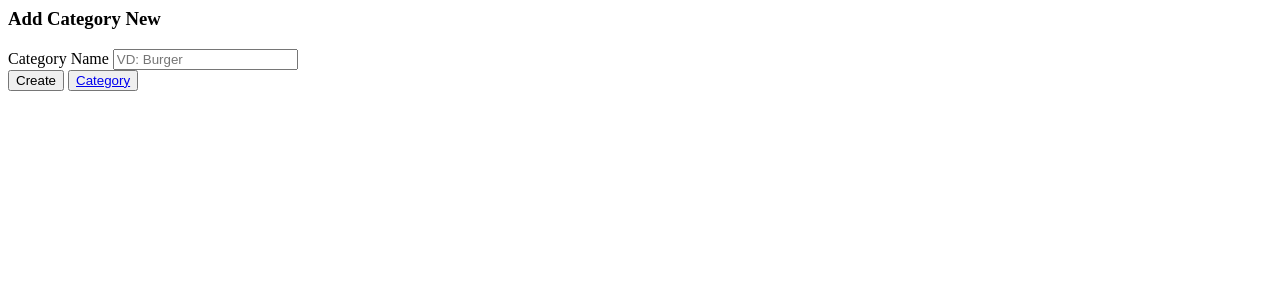
Repository: QunDev/du_an
Page: http://localhost/admin/categories/createCategory.php
An editor plug-in stored every save of this project. The page is shown before and after the next save, followed by the edit.
The browser window is 1280 px wide. The pictures show the whole page.
The page is run by PHP 8.4 with error messages shown; the project is at /var/www/html/.

Above is the page before, as saved 2023-11-22 14:22:11.

After the next save:
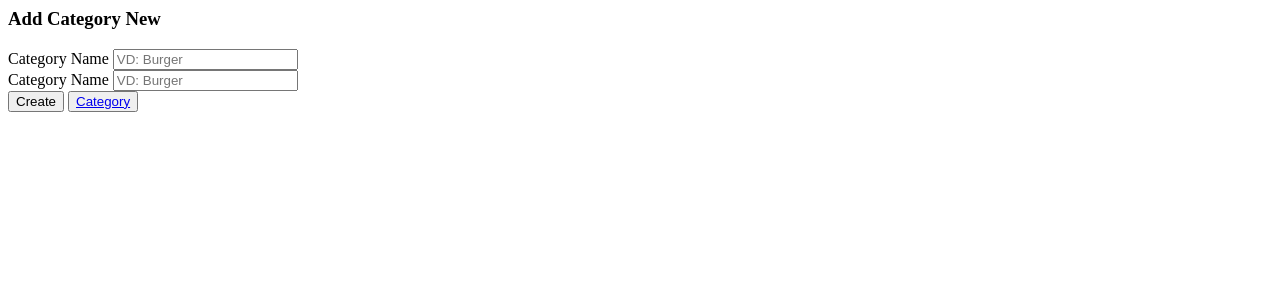
Saved 5 min 9 s later.
--- a/admin/categories/createCategory.php
+++ b/admin/categories/createCategory.php
@@ -23,6 +23,19 @@
           <span class="form-message"></span>
         </div>
 
+        <div class="form-group">
+          <label for="categoryName" class="form-label">Category Name</label>
+          <input
+            id="categoryName"
+            name="categoryName"
+            type="text"
+            placeholder="VD: Burger"
+            class="form-control"
+            autocomplete
+          />
+          <span class="form-message"></span>
+        </div>
+
         <input value="Create" type="button" class="form-submit">
         <button class="form-submit" type="button"><a href="index.php?action=listCategory">Category</a></button>
 
